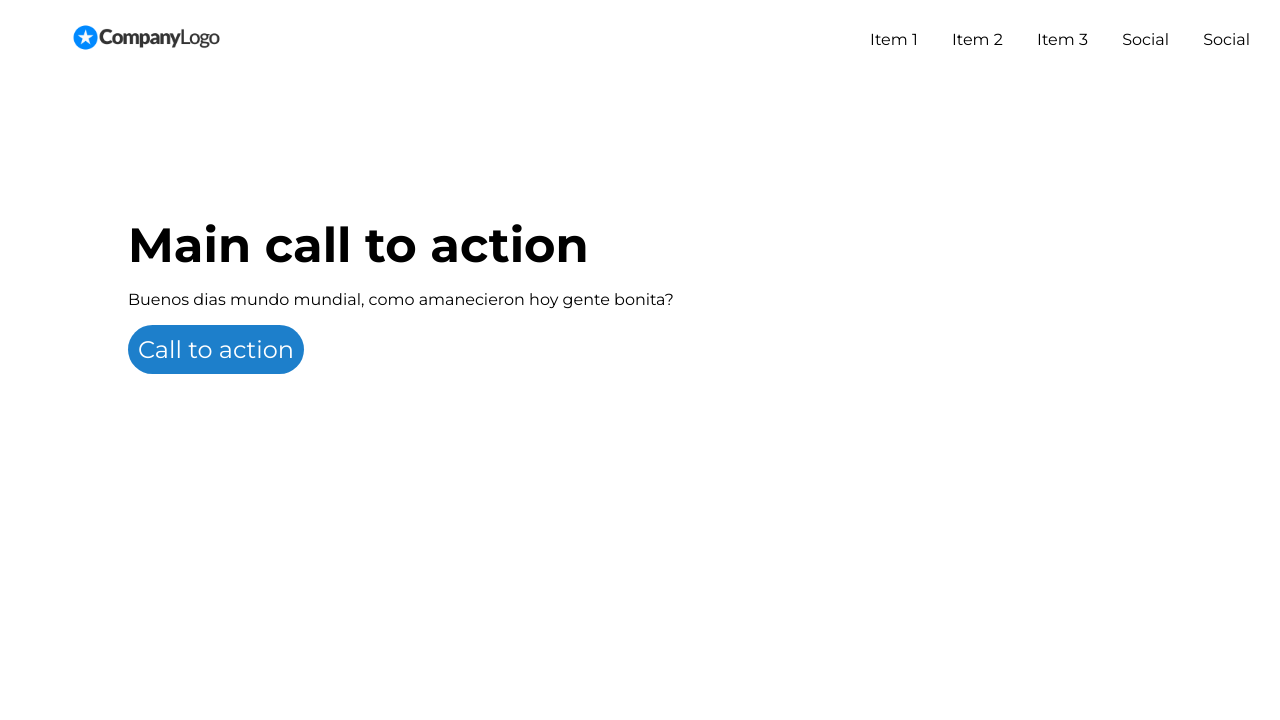
Repository: pabloestradagt/proyectobootstrap
Page: websitexd/index.html
The author's editor kept a record of every edit. The page is drawn from the files as they stood at one moment, then again after the next edit.
The browser window is 1280 px wide. The pictures show the whole page.

Above is the page before.

### websitexd/index.html
<!DOCTYPE html>
<html>

    <head>
        <title>Example Website</title>
        <link href="css/styles.css" rel="stylesheet">
        <link href="https://fonts.googleapis.com/css?family=Montserrat:300,400,700" rel="stylesheet">
        <meta charset="utf-8">
    </head>

    <body>

        <header>

            <a href="#"><img id="logo" src="img/logo.png" alt="Company Logo"></a>

            <nav>
                <ul>
                    <a href="#"><li>Item 1</li></a>
                    <a href="#"><li>Item 2</li></a>
                    <a href="#"><li>Item 3</li></a>
                    <a href="#"><li>Social</li></a>
                    <a href="#"><li>Social</li></a>
                </ul>

            </nav>

        </header>

        <main>

            <div id="hero">
            <h1>Main call to action</h1>
            <p>Buenos dias mundo mundial, como amanecieron hoy gente bonita?</p>
            <button>Call to action</button>

        </main>






    </body>
</html>

### websitexd/css/styles.css
body {
    margin: 0;
    padding: 0;
    font-family: montserrat;
}

header {

    height: 10vh;
    width: 100%;
}

#logo {
    height: 55px;
    margin-top: 10px;
    margin-left: 3%;
}

nav {

    float: right;
    width: 40%;
    height: 10vh;
}

ul {
    list-style-type: none;
    margin-top: 30px;
    float: right;
}

li {
    color: black;
    display: inline-block;
    margin-right: 30px;
}

i {
    border: 1px solid;
    border-radius: 30px;
    padding: 10px 15px;
}

main {
    height: 90vh;

}

#hero {
    width: 50%;
    padding-top: 20vh;
    margin-left: 10%;
}

h1 {
    margin: 0;
    font-size:3em;
    font-weight: 900;
}

#hero-p {
    font-size:1.5em;
}

button {
    color: white;
    background: #1D7FCB;
    font-size: 1.5em;
    border: none;
    padding: 10px;
    font-family: inherit;
    cursor: pointer;
    border-radius: 30px;

}

After the next edit:
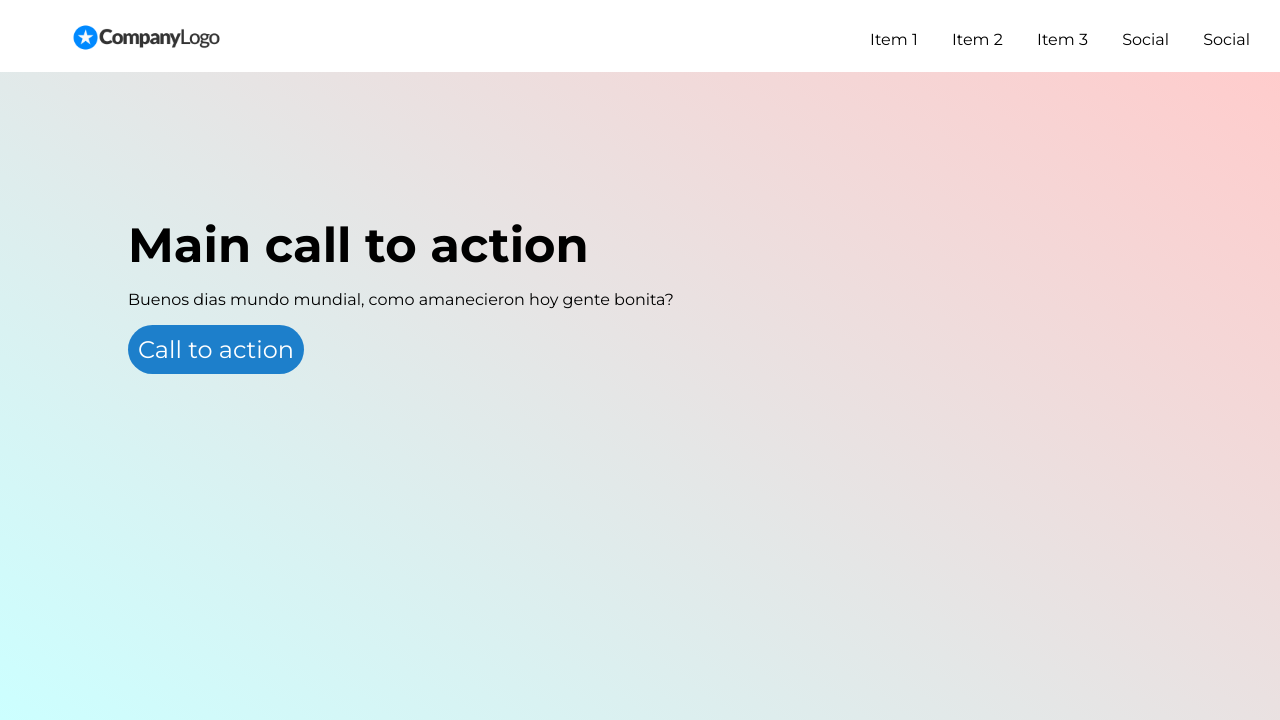
The edit:
--- a/websitexd/css/styles.css
+++ b/websitexd/css/styles.css
@@ -43,7 +43,7 @@
 
 main {
     height: 90vh;
-
+    background: linear-gradient(35deg, #ccffff, #ffcccc);
 }
 
 #hero {
